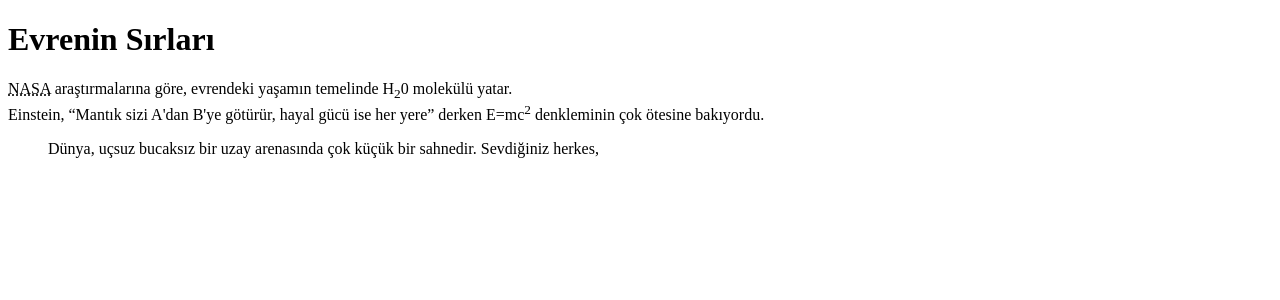
Repository: BeritanBlgn/web-yazilim-muhendisligi
Page: Modul_1/Ders_3/1.3.6_gorev1.html
These files come from the project's save history. The page is drawn as it stood at one moment and after a run of saves; the edit follows.
The browser window is 1280 px wide. The pictures show the whole page.

Above is the page before, as saved 2026-10-09 22:25:47.

After the next 2 saves:
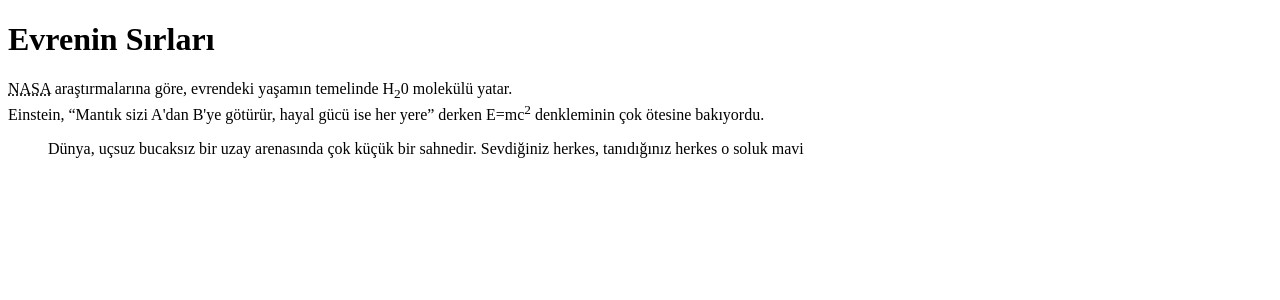
The 2 saves are shown as one change because they came seconds apart.
The last was saved 13 s later.
--- a/Modul_1/Ders_3/1.3.6_gorev1.html
+++ b/Modul_1/Ders_3/1.3.6_gorev1.html
@@ -18,7 +18,7 @@
     </p>
     <blockquote cite="https://tr.wikipedia.org/wiki/Carl_Sagan">
         Dünya, uçsuz bucaksız bir uzay arenasında çok küçük bir sahnedir.
-        Sevdiğiniz herkes,
+        Sevdiğiniz herkes, tanıdığınız herkes o soluk mavi
     </blockquote>
 
 </body>
